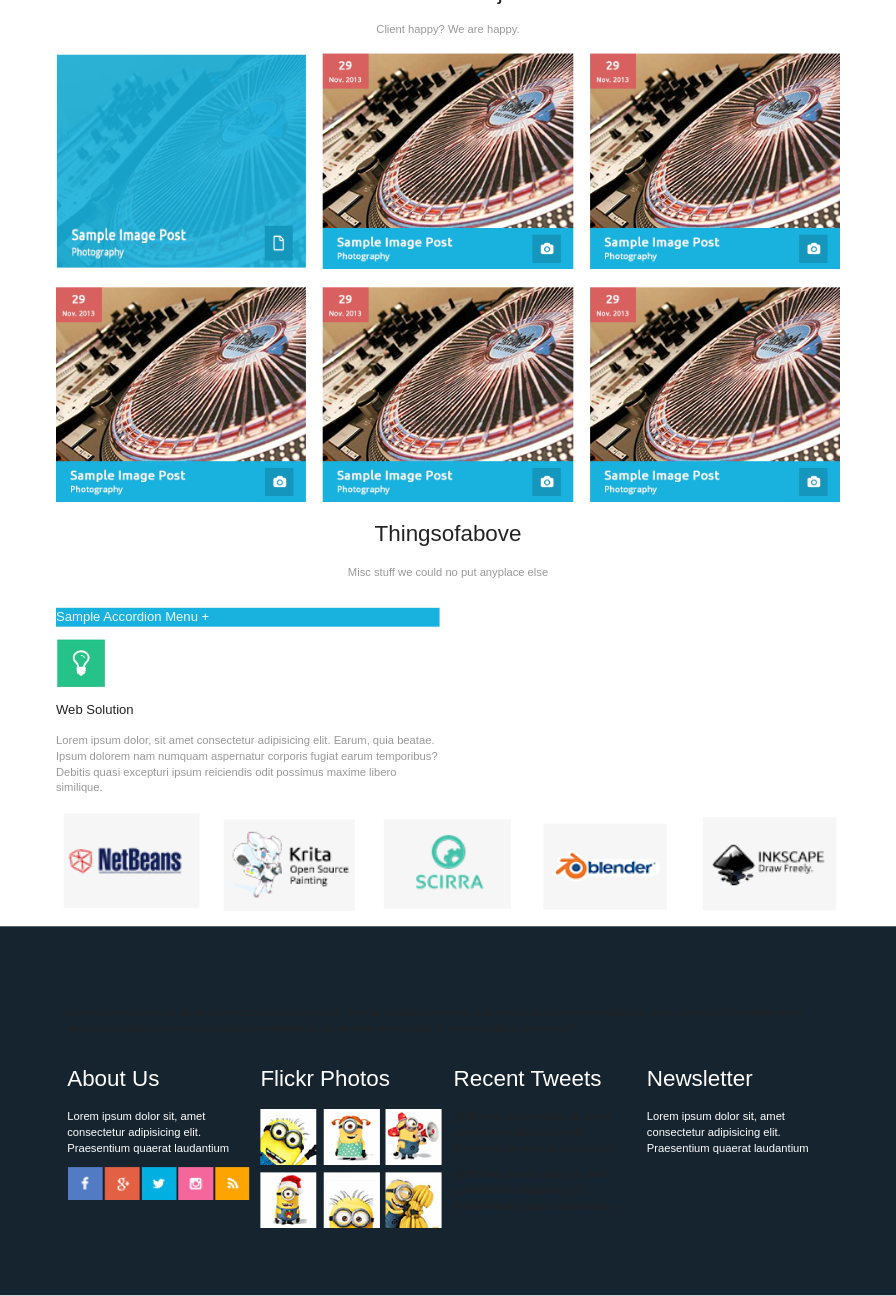
Repository: anoncoderin/madhu_kushal_html_layout
Page: metrosite_week4hw/index.html
The author's editor kept a copy of each file at every save. The page is drawn from the files as they stood at one save, then again after the next save.
The browser window is 1280 px wide. The pictures show the part of the page from y = 1765 to 3685 px (the page is 3616 px tall before and 3685 px after), at 70% of full size.

Above is the page before, as saved 2023-02-04 19:11:00.

### metrosite_week4hw/index.html
<!doctype html>
<html class="no-js" lang="EN">

<head>
  <meta charset="utf-8">
  <title>Metrolics</title>
  <meta name="description" content="Some demo test website">
  <meta name="viewport" content="width=device-width, initial-scale=1">

  <meta property="og:title" content="">
  <meta property="og:type" content="">
  <meta property="og:url" content="">
  <meta property="og:image" content="">

  <link rel="manifest" href="site.webmanifest">
  <link rel="apple-touch-icon" href="icon.png">
  <!-- Place favicon.ico in the root directory -->

  <link rel="stylesheet" href="css/normalize.css">
  <link rel="stylesheet" href="css/main.css">

  <meta name="theme-color" content="#fafafa">
</head>

<body>


  <script src="js/vendor/modernizr-3.11.2.min.js"></script>
  <script src="js/plugins.js"></script>
  <script src="js/main.js"></script>

  <!-- Google Analytics: change UA-XXXXX-Y to be your site's ID. -->
  <script>
    window.ga = function () { ga.q.push(arguments) }; ga.q = []; ga.l = +new Date;
    ga('create', 'UA-XXXXX-Y', 'auto'); ga('set', 'anonymizeIp', true); ga('set', 'transport', 'beacon'); ga('send', 'pageview')
  </script>
  <script src="https://www.google-analytics.com/analytics.js" async></script>

  <script src="js/vendor/modernizr-3.11.2.min.js"></script>
  <script src="js/plugins.js"></script>
  <script src="js/main.js"></script>

  <!-- Google Analytics: change UA-XXXXX-Y to be your site's ID. -->
  <script>
    window.ga = function () { ga.q.push(arguments) }; ga.q = []; ga.l = +new Date;
    ga('create', 'UA-XXXXX-Y', 'auto'); ga('set', 'anonymizeIp', true); ga('set', 'transport', 'beacon'); ga('send', 'pageview')
  </script>
  <script src="https://www.google-analytics.com/analytics.js" async></script>

<div class="marginnnss">
  <header class="headerss">
    <div class="page__header">
      <nav class="rowss m-1-2" style="grid-template-columns: 5fr 9fr 24fr;">
          <nav class="mobile-nav m-hide l-hide">
          </nav>
          <div class="columnsss">
              <h1 class="logo">Metrolics <img style="width: 11%; margin-bottom: 0.5%;" src="/metrosite_week4hw/img/Screenshot_20230204_050039.png" alt=""></h1>
          </div>
          <nav class="column main-nav">
              <a href="#" class="main-nav__item active">home</a>
              <a href="#" class="main-nav__item active">pages</a>
              <a href="#" class="main-nav__item active">blogs</a>
              <a href="#" class="main-nav__item active">portfolio</a>
              <a href="#" class="main-nav__item active">contact</a>
          </nav>
      </nav>
    </div>

  </header>

  <div class="slider s-hide m-hide">
    <div class="rowss">
        <div class="columnsss">
            <img class="slider-image"  src="/metrosite_week4hw/img/Screenshot 2023-02-04 165549.jpg" alt="banner">
        </div>
    </div>
  </div>


  <div class="main-container">
    <section>
      <div class="row">
        <div class="col">
          <p class="FirstBigText">Hey guys! This is the Metrolics theme.
            It sports a responsive layout with a mobile layout.</p>
        </div>
      </div>
    </section>

    <section>
      <div class="row tab-col-3 ">
        <div class="col tab-row-span" style="text-align: center;">
          <h1>Things That We Do</h1>
          <h4>Ask us what we can do for you</h4>
        </div>
        <div class="col">

          <img class="ThingsWeDoPics" src="/metrosite_week4hw/img/Screenshot_20230201_101603.png" alt="">
          <h2 class="ThingsWeDoText">Web Solutions</h2>
          <h4 class="ThingsWeDoText1">We are a fairly small, flexible design studio that designs for print and web. We work flexibly with clients to fulfil their design needs. Whether you need to create a brand from scratch, including marketing materials and a </h4>
        </div>
        <div class="col">
          <img class="ThingsWeDoPics" src="/metrosite_week4hw/img/Screenshot_20230201_101807.png" alt="">
          <h2 class="ThingsWeDoText">Photography</h2>
          <h4 class="ThingsWeDoText1">We are a fairly small, flexible design studio that designs for print and web. We work flexibly with clients to fulfil their design needs. Whether you need to create a brand from scratch, including marketing materials and a </h4>
        </div>

        <div class="col">
          <img class="ThingsWeDoPics" src="/metrosite_week4hw/img/Screenshot_20230201_101826.png" alt="">
          <h2 class="ThingsWeDoText">Web Development</h2>
          <h4 class="ThingsWeDoText1">We are a fairly small, flexible design studio that designs for print and web. We work flexibly with clients to fulfil their design needs. Whether you need to create a brand from scratch, including marketing materials and a </h4>
        </div>
        <div class="col">
          <img class="ThingsWeDoPics" src="/metrosite_week4hw/img/Screenshot_20230201_101840.png" alt="">
          <h2 class="ThingsWeDoText">Web Design</h2>
          <h4 class="ThingsWeDoText1">We are a fairly small, flexible design studio that designs for print and web. We work flexibly with clients to fulfil their design needs. Whether you need to create a brand from scratch, including marketing materials and a </h4>
        </div>
      </div>
  </section>

  <section>
    <div class="row">
      <div class="col" style="text-align: center;">
        <h1>What's Up Lately?</h1>
        <h4>Read up on our latest work</h4>
      </div>
    </div>
  </section>

  <section>
    <div class="row tab-col-2 ">
      <div class="col" class="imgchange">
        <img src="/metrosite_week4hw/img/Screenshot_20230203_094754.png" alt="">
      </div>
      <div class="col">
        <img src="/metrosite_week4hw/img/Screenshot_20230203_094754.png" alt="">
      </div>
      <div class="col">
        <img src="/metrosite_week4hw/img/Screenshot_20230203_094754.png" alt="">
      </div>
    </div>
  </section>

  <section>
    <div class="row">
      <div class="col" style="text-align: center;">
        <h1>Our Latest Projects</h1>
        <h4>Client happy? We are happy.</h4>
      </div>
    </div>
  </section>

  <section>
    <div class="row tab-col-2">
      <div class="col">
        <img style="width: 100%; height: 99%;" src="/metrosite_week4hw/img/Screenshot_20230203_100036.png" alt="">
      </div>
      <div class="col">
        <img src="/metrosite_week4hw/img/Screenshot_20230203_094754.png" alt="">
      </div>
      <div class="col">
        <img src="/metrosite_week4hw/img/Screenshot_20230203_094754.png" alt="">
      </div>
      <div class="col">
        <img src="/metrosite_week4hw/img/Screenshot_20230203_094754.png" alt="">
      </div>

      <div class="col">
        <img src="/metrosite_week4hw/img/Screenshot_20230203_094754.png" alt="">
      </div>
      <div class="col">
        <img src="/metrosite_week4hw/img/Screenshot_20230203_094754.png" alt="">
      </div>
    </div>
  </section>

  <section>
    <div class="row">
      <div class="col" style="text-align: center;">
        <h1>Thingsofabove</h1>
        <h4>Misc stuff we could no put anyplace else</h4>
      </div>
    </div>
  </section>

  <section>
    <div class="table-switch">

      <div>
        <div class="sampleaccord" style="background-color: #19b2de">
          <h3 style="color: aliceblue;">Sample Accordion Menu + </h3>
        </div>
        <img style="width: 13%;" src="/metrosite_week4hw/img/Screenshot_20230204_064024.png" alt="">
        <h3>Web Solution</h3>
        <h4>Lorem ipsum dolor, sit amet consectetur adipisicing elit. Earum, quia beatae. Ipsum dolorem nam numquam aspernatur corporis fugiat earum temporibus? Debitis quasi excepturi ipsum reiciendis odit possimus maxime libero similique.</h4>
      </div>
    </div>
  </section>

  <section class="mobile-noshow">
    <div class=" row tab-col-5">
      <div class="col">
        <img src="/metrosite_week4hw/img/Screenshot_20230204_024739.png" alt="">
      </div>
      <div class="col">
        <img src="/metrosite_week4hw/img/Screenshot_20230204_024744.png" alt="">
      </div>
      <div class="col">
        <img src="/metrosite_week4hw/img/Screenshot_20230204_024750.png" alt="">
      </div>
      <div class="col">
        <img src="/metrosite_week4hw/img/Screenshot_20230204_024754.png" alt="">
      </div>
      <div class="col">
        <img src="/metrosite_week4hw/img/Screenshot_20230204_024808.png" alt="">
      </div>
    </div>
  </section>
  </div>
</div>

  <footer>
    <div class="rowss">
        <div class="footer-col">
            <div class="quote">
                <p>Lorem ipsum dolor, sit amet consectetur adipisicing elit. Tenetur facilis asperiores cum sed quas ullam necessitatibus, odio, excepturi provident nemo voluptatum. Accusantium voluptatibus repellendus, illo tenetur perspiciatis in necessitatibus possimus?</p>

            </div>
            <div class="rowss m-col-2 l-col-4">
                <div class="footer-col">
                    <h1 style="color:white">About Us</h1>
                    <p style="color:white">Lorem ipsum dolor sit, amet consectetur adipisicing elit. Praesentium quaerat laudantium </p>
                    <img src="/metrosite_week4hw/img/footer icon.png" alt="footericons">
                </div>
                <div class="footer-col">
                    <h1 style="color:white">Flickr Photos</h1>
                    <img src="/metrosite_week4hw/img/minions.png" alt="minions">

                </div>
                <div class="footer-col">
                    <h1 style="color:white">Recent Tweets</h1>
                    <p> <span1>@Minions </span1>ipsum dolor sit, amet consectetur adipisicing elit. Praesentium quaerat laudantium</p>
                    <p> <span1>@Minions </span1>ipsum dolor sit, amet consectetur adipisicing elit. Praesentium quaerat laudantium</p>
                </div>
                <div class="footer-col">
                    <h1 style="color:white">Newsletter</h1>
                    <p style="color:white"> Lorem ipsum dolor sit, amet consectetur adipisicing elit. Praesentium quaerat laudantium </p>
                </div>
            </div>
        </div>
    </div>
</footer>

</body>

</html>

### metrosite_week4hw/css/main.css
/*! HTML5 Boilerplate v8.0.0 | MIT License | https://html5boilerplate.com/ */

/* main.css 2.1.0 | MIT License | https://github.com/h5bp/main.css#readme */
/*
 * What follows is the result of much research on cross-browser styling.
 * Credit left inline and big thanks to Nicolas Gallagher, Jonathan Neal,
 * Kroc Camen, and the H5BP dev community and team.
 */

/* ==========================================================================
   Base styles: opinionated defaults
   ========================================================================== */

   html {
    color: #222;
    font-size: 1em;
    line-height: 1.4;
  }

  /*
   * Remove text-shadow in selection highlight:
   * https://twitter.com/miketaylr/status/12228805301
   *
   * Vendor-prefixed and regular ::selection selectors cannot be combined:
   * https://stackoverflow.com/a/16982510/7133471
   *
   * Customize the background color to match your design.
   */

   /* div,
   main,
   section,
   footer,
   header {
    min-height: 1rem;
    padding: 1rem;
  } */

  .marginnnss {
    padding: 1%;
  }


  ::-moz-selection {
    background: #b3d4fc;
    text-shadow: none;
  }

  ::selection {
    background: #b3d4fc;
    text-shadow: none;
  }



  *,
  *:before,
  *:after{
    box-sizing: border-box;
  }

  img{
    width: 100%;
  }


  h1,
  h2,
  h3,
  h4,
  h5,
  h6 {
    font-family:Arial, Helvetica, sans-serif;
    font-weight: 300;
  }

  p{
    font-family:Arial, Helvetica, sans-serif;
  }

  .FirstBigText {
    font-size: 50px;
    text-align: center;
  }

  .col tab-row-span {
    text-align: center;
  }

  .row{
    display: grid;
    row-gap: 1rem;
  }

  .col{
    position: relative;
    background-color: #fff;
  }

  .ThingsWeDoPics {
    width: 50%;
    margin-left: 25%;
  }

  .ThingsWeDoText {
    text-align: center;
  }

  .ThingsWeDoText1 {
    text-align: center;
    font-size: 72%;
  }

  .rowss {
      display: grid;
      row-gap: 1rem;
  }

  .columnsss{
    position: relative;
}

.slider{
  background-color: #f3f3f3;
}
.slider-image{
  width: 100%;
  object-fit: cover;

}

.main-nav {
  display: none;
  flex-direction: column;
  align-items: center;
}

.main-nav__item {
  display: block;
  position: relative;
  font-size: 2rem;
  text-decoration: none;
  text-align: left;
  width: 100%;
  color: white;
  line-height: 4rem;
  background-repeat: no-repeat;
  font-family: Ubuntu, sans-serif;
  font-weight: 300;
  text-align: center;
}

.main-nav__item::after {
  content: ">";
  display: inline-block;
  position: absolute;
  right: 1rem;
}

.main-nav__item::after::after {
  content: "";
}

.main-nav__item:nth-child(1) {
  background-color: #25c389;
  background-image: url(assets\home_FILL0_wght400_GRAD0_opsz48.svg);
}
.main-nav__item:nth-child(2) {
  background-color: #ffb901;
  background-image: url(assets\pin_drop_FILL0_wght400_GRAD0_opsz48.svg), url();
}
.main-nav__item:nth-child(3) {
  background-color: #de6262;
  background-image: url(assets\campaign_FILL0_wght400_GRAD0_opsz48.svg), url();
}
.main-nav__item:nth-child(4) {
  background-color: #1691bd;
  background-image: url(assets\work_FILL0_wght400_GRAD0_opsz48.svg), url();
}
.main-nav__item:nth-child(5) {
  background-color: #166ba2;
  background-image: url(assets\mail_FILL0_wght400_GRAD0_opsz48.svg), url();
}

footer{
  background-color: #16242f;
  padding: 6rem;
}

h4{
  color: #999;
}



  /* Small only */
  @media screen and (max-width: 39.9375em) {

    .mobile-noshow{
      display: none;
    }
    .s-hide {
      display: none;
  }
  }
  /* Medium and up */
  @media screen and (min-width: 40em) {
    .rowss {
      display: grid;
      max-width: 70rem;
      column-gap: 1rem;
      margin: 0 auto;
  }
    .row{
      max-width: 70rem;
      column-gap: 1.5rem;
      row-gap: 1.5rem;
      margin: 0 auto;
    }
    .tab-col-2{
      grid-template-columns: 1fr 1fr;

    }
    .m-col-2 {
      grid-template-columns: 1fr 1fr;
    }
    .tab-col-3{
      grid-template-columns: repeat(2, 1fr);


  }
  .tab-col-5{
    grid-template-columns: repeat(5, 1fr);
  }

  .tab-row-span{
    grid-column-start: 1;
    grid-column-end: -1;
  }

  .main-nav {
    display: flex;
    flex-direction: row;
  }
  .main-nav__item {
    padding: 4rem 1rem 0rem .5rem;
    line-height: 2rem;
    font-size: .8rem;
    text-align: left;
    background-color: rgb(184, 184, 184);
    background-repeat: no-repeat;
    background-position-x: center;
    background-position-y: center;
    background-size: 2.3rem, 1.4rem;
  }

  }
  /* Medium only */
  @media screen and (min-width: 40em) and
  (max-width: 63.9375em) {

  }
  /* Large and up */
  @media screen and (min-width: 64em) {
    .l-col-2{
      grid-template-columns: repeat(2,1fr);
    }
    .l-row-span{
      grid-column-start: 2;
      grid-column-end: 5;
    }

    .table-switch {
      display: grid;
      grid-template-columns: 1fr 1fr;
      max-width: 70rem;
      column-gap: 1.5rem;
      row-gap: 1.5rem;
      margin: 0 auto;
    }

  }


  /* Large only */
  @media screen and (min-width: 64em) {
    .tab-col-2 {
      grid-template-columns: 1fr 1fr 1fr;
    }
    .tab-col-3{
      grid-template-columns: repeat(4, 1fr);


    }
    .l-col-4 {
      grid-template-columns: repeat(4, 1fr);
    }
  }


  /*
   * A better looking default horizontal rule
   */

  hr {
    display: block;
    height: 1px;
    border: 0;
    border-top: 1px solid #ccc;
    margin: 1em 0;
    padding: 0;
  }

  /*
   * Remove the gap between audio, canvas, iframes,
   * images, videos and the bottom of their containers:
   * https://github.com/h5bp/html5-boilerplate/issues/440
   */

  audio,
  canvas,
  iframe,
  img,
  svg,
  video {
    vertical-align: middle;
  }

  /*
   * Remove default fieldset styles.
   */

  fieldset {
    border: 0;
    margin: 0;
    padding: 0;
  }

  /*
   * Allow only vertical resizing of textareas.
   */

  textarea {
    resize: vertical;
  }

  /* ==========================================================================
     Author's custom styles
     ========================================================================== */

  /* ==========================================================================
     Helper classes
     ========================================================================== */

  /*
   * Hide visually and from screen readers
   */

  .hidden,
  [hidden] {
    display: none !important;
  }

  /*
   * Hide only visually, but have it available for screen readers:
   * https://snook.ca/archives/html_and_css/hiding-content-for-accessibility
   *
   * 1. For long content, line feeds are not interpreted as spaces and small width
   *    causes content to wrap 1 word per line:
   *    https://medium.com/@jessebeach/beware-smushed-off-screen-accessible-text-5952a4c2cbfe
   */

  .sr-only {
    border: 0;
    clip: rect(0, 0, 0, 0);
    height: 1px;
    margin: -1px;
    overflow: hidden;
    padding: 0;
    position: absolute;
    white-space: nowrap;
    width: 1px;
    /* 1 */
  }

  /*
   * Extends the .sr-only class to allow the element
   * to be focusable when navigated to via the keyboard:
   * https://www.drupal.org/node/897638
   */

  .sr-only.focusable:active,
  .sr-only.focusable:focus {
    clip: auto;
    height: auto;
    margin: 0;
    overflow: visible;
    position: static;
    white-space: inherit;
    width: auto;
  }

  /*
   * Hide visually and from screen readers, but maintain layout
   */

  .invisible {
    visibility: hidden;
  }

  /*
   * Clearfix: contain floats
   *
   * For modern browsers
   * 1. The space content is one way to avoid an Opera bug when the
   *    `contenteditable` attribute is included anywhere else in the document.
   *    Otherwise it causes space to appear at the top and bottom of elements
   *    that receive the `clearfix` class.
   * 2. The use of `table` rather than `block` is only necessary if using
   *    `:before` to contain the top-margins of child elements.
   */

  .clearfix::before,
  .clearfix::after {
    content: " ";
    display: table;
  }

  .clearfix::after {
    clear: both;
  }

  /* ==========================================================================
     EXAMPLE Media Queries for Responsive Design.
     These examples override the primary ('mobile first') styles.
     Modify as content requires.
     ========================================================================== */

  @media only screen and (min-width: 35em) {
    /* Style adjustments for viewports that meet the condition */
  }

  @media print,
    (-webkit-min-device-pixel-ratio: 1.25),
    (min-resolution: 1.25dppx),
    (min-resolution: 120dpi) {
    /* Style adjustments for high resolution devices */
  }

  /* ==========================================================================
     Print styles.
     Inlined to avoid the additional HTTP request:
     https://www.phpied.com/delay-loading-your-print-css/
     ========================================================================== */

  @media print {
    *,
    *::before,
    *::after {
      background: #fff !important;
      color: #000 !important;
      /* Black prints faster */
      box-shadow: none !important;
      text-shadow: none !important;
    }

    a,
    a:visited {
      text-decoration: underline;
    }

    a[href]::after {
      content: " (" attr(href) ")";
    }

    abbr[title]::after {
      content: " (" attr(title) ")";
    }

    /*
     * Don't show links that are fragment identifiers,
     * or use the `javascript:` pseudo protocol
     */
    a[href^="#"]::after,
    a[href^="javascript:"]::after {
      content: "";
    }

    pre {
      white-space: pre-wrap !important;
    }

    pre,
    blockquote {
      border: 1px solid #999;
      page-break-inside: avoid;
    }

    /*
     * Printing Tables:
     * https://web.archive.org/web/20180815150934/http://css-discuss.incutio.com/wiki/Printing_Tables
     */
    thead {
      display: table-header-group;
    }

    tr,
    img {
      page-break-inside: avoid;
    }

    p,
    h2,
    h3 {
      orphans: 3;
      widows: 3;
    }

    h2,
    h3 {
      page-break-after: avoid;
    }
  }

### metrosite_week4hw/js/plugins.js
// Avoid `console` errors in browsers that lack a console.
(function() {
  var method;
  var noop = function () {};
  var methods = [
    'assert', 'clear', 'count', 'debug', 'dir', 'dirxml', 'error',
    'exception', 'group', 'groupCollapsed', 'groupEnd', 'info', 'log',
    'markTimeline', 'profile', 'profileEnd', 'table', 'time', 'timeEnd',
    'timeline', 'timelineEnd', 'timeStamp', 'trace', 'warn'
  ];
  var length = methods.length;
  var console = (window.console = window.console || {});

  while (length--) {
    method = methods[length];

    // Only stub undefined methods.
    if (!console[method]) {
      console[method] = noop;
    }
  }
}());

// Place any jQuery/helper plugins in here.

Loaded but not shown: metrosite_week4hw/css/normalize.css (library); metrosite_week4hw/js/vendor/modernizr-3.11.2.min.js (library); metrosite_week4hw/js/main.js (no stored copy; drawn as an empty file)

After the next save:
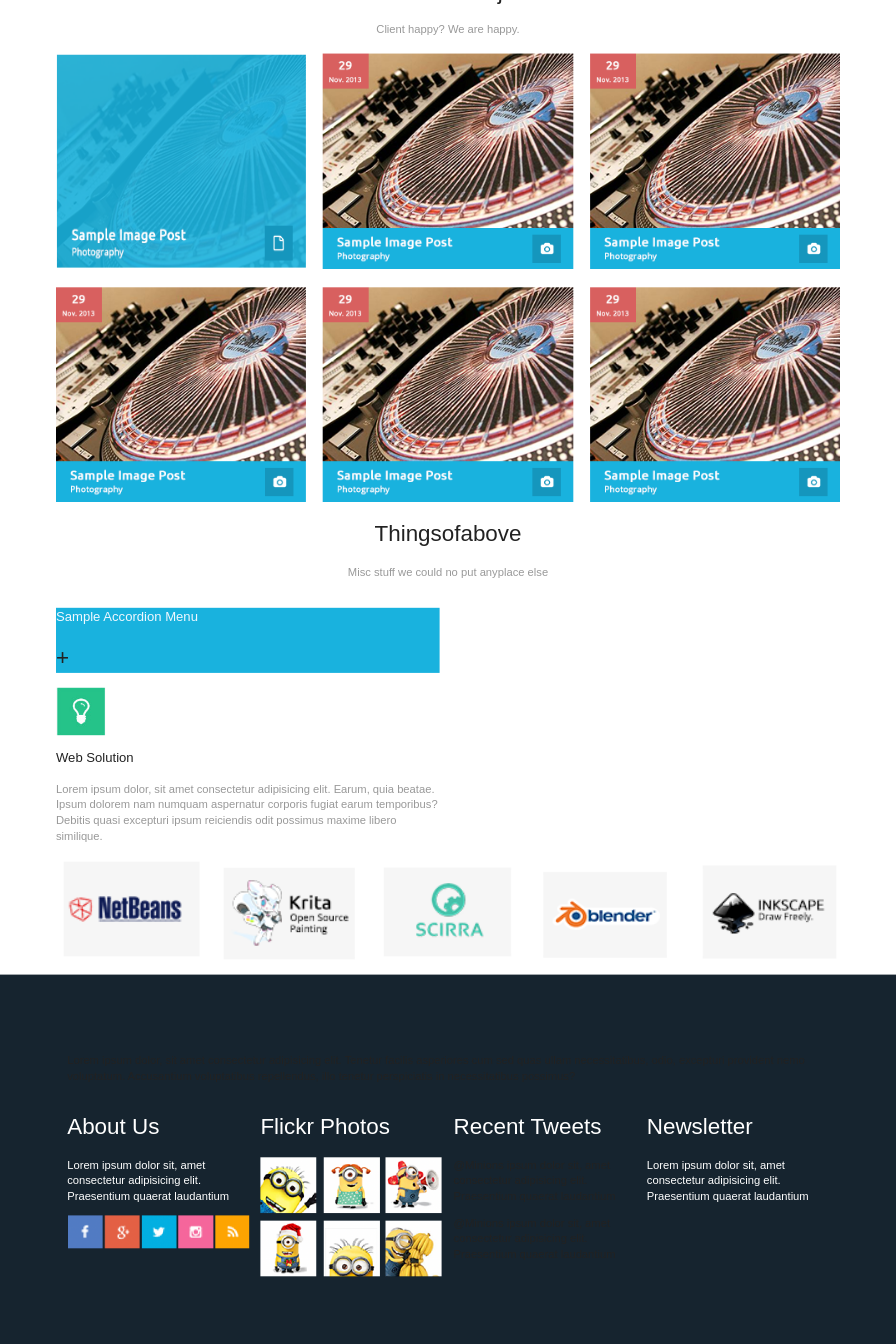
Saved 10 s later.
--- a/metrosite_week4hw/index.html
+++ b/metrosite_week4hw/index.html
@@ -188,7 +188,7 @@
 
       <div>
         <div class="sampleaccord" style="background-color: #19b2de">
-          <h3 style="color: aliceblue;">Sample Accordion Menu + </h3>
+          <h3 style="color: aliceblue;">Sample Accordion Menu <h1>+</h1></h3>
         </div>
         <img style="width: 13%;" src="/metrosite_week4hw/img/Screenshot_20230204_064024.png" alt="">
         <h3>Web Solution</h3>
